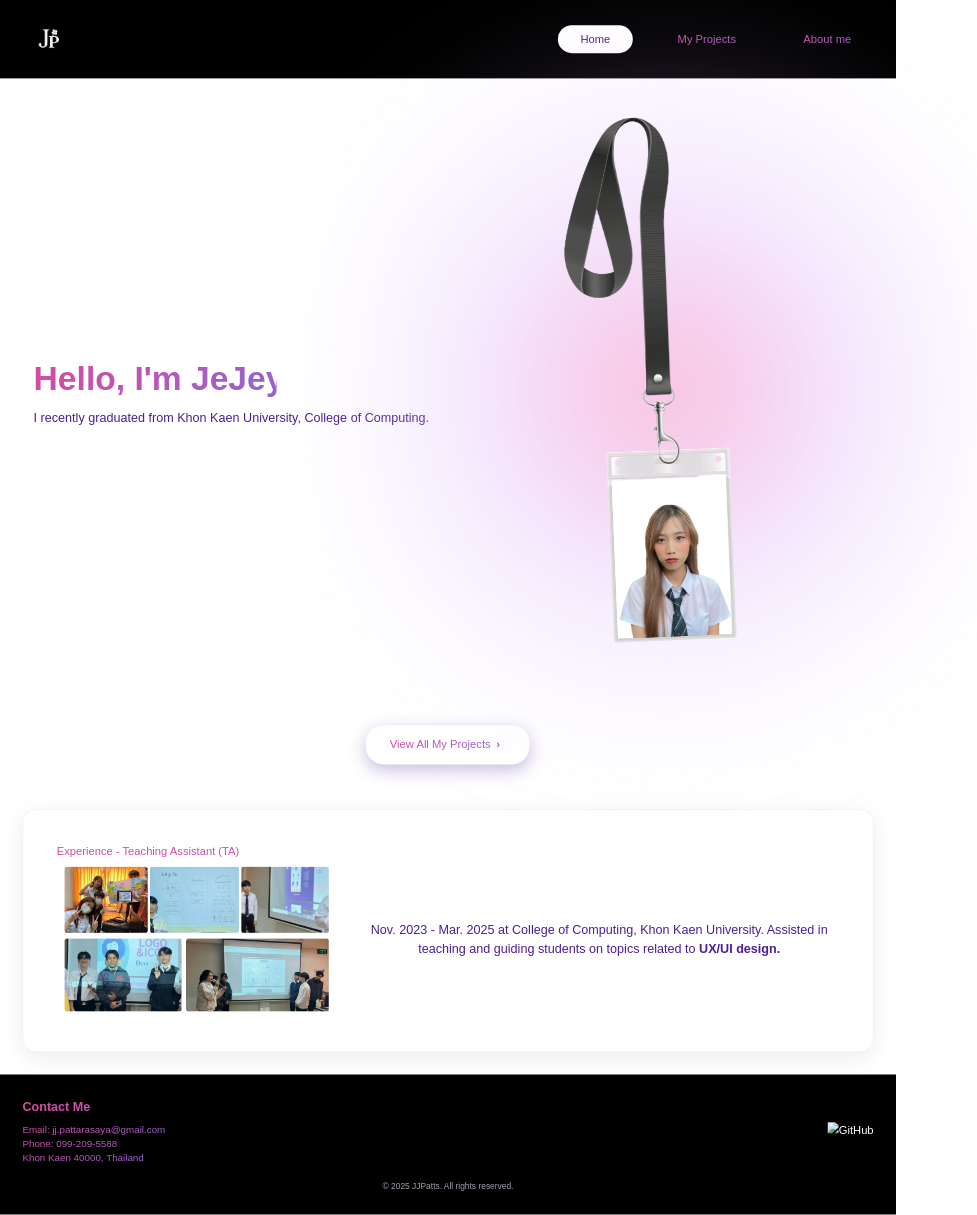
Repository: PattarasayaJJ/Portfolio-jjpatts
Page: /
The author's editor kept a copy of each file at every save. The page is drawn from the files as they stood at one save, then again after the next save.
The browser window is 1280 px wide. The page is 1396 px wide, so the pictures cover 1396 px, including what lies to the right of the window. The pictures show the whole page, at 70% of full size.
The project was rebuilt for these pictures with package versions that can differ from the ones it lists, and the page was loaded fresh each time. Also part of the build but not shown: vite.config.js, vite.config.ts, src/header.css, src/work.css, src/components/Works.jsx, src/components/Aboutme.jsx.

Above is the page before, as saved 2025-08-03 23:33:20.

### index.html
<!doctype html>
<html lang="en">
  <head>
    <meta charset="UTF-8" />
    <link rel="icon" type="image/svg+xml" href="/JPtab.png" />
    <meta name="viewport" content="width=device-width, initial-scale=1.0" />
    <title>JJPatts Portfolio</title>
  </head>
  <body>
    <div id="root"></div>
    <script type="module" src="/src/index.jsx"></script>
  </body>
</html>

### src/index.css
@import 'tailwindcss/base';
@import 'tailwindcss/components';
@import 'tailwindcss/utilities';
@import url('https://fonts.googleapis.com/css2?family=Kanit:wght@400;700&display=swap');

*{
   font-family: 'Kanit', sans-serif;

}

### src/App.jsx
import React from 'react';
import { BrowserRouter as Router, Routes, Route } from 'react-router-dom';
import { Header } from './components/Header';
import { Hero } from './components/Hero';
import { Works } from './components/Works';
import { Aboutme } from './components/Aboutme' ;
import { Footer } from './components/Footer';
export function App() {
  return (
    <Router>
      <div className="w-full min-h-screen bg-white">
        <Header />
        <main className="w-full">
          <Routes>
            <Route path="/" element={<><Hero /> </>} />
            <Route path="/works" element={<><Works /></>}/>
            <Route path="/aboutme" element={<Aboutme />} />


          </Routes>
        </main>
        <Footer />

      </div>
    </Router>
  );
}

### src/components/Header.jsx
import React, { useState } from 'react';
import { Link, useLocation } from 'react-router-dom';
import { MenuIcon, XIcon } from 'lucide-react';
import '../header.css';

export function Header() {
  const [isMenuOpen, setIsMenuOpen] = useState(false);
  const location = useLocation();

  const isActive = (path) => location.pathname === path;

  return (
    <header className="w-full bg-black py-4 px-8 relative">
      <div className="max-w-7xl mx-auto flex justify-between items-center">
        <Link to="/">
          <div className="flex items-center">
            <img src="/JP.png" alt="logo" className="w-20" />
          </div>
        </Link>

        <nav className="hidden md:flex space-x-8">
          <Link
            to="/"
            className={`font-medium px-8 py-2 rounded-full ${
              isActive('/') ? 'bg-white text-purple-600' : 'gradient-text'
            }`}
            style={isActive('/') ? { color: '#4c1d95' } : {}}
          >
            Home
          </Link>
          <Link
            to="/works"
            className={`font-medium px-8 py-2 rounded-full ${
              isActive('/works') ? 'bg-white text-purple-600' : 'gradient-text'
            }`}
            style={isActive('/works') ? { color: '#4c1d95' } : {}}
          >
            My Projects
          </Link>
          <Link
            to="/aboutme"
            className={`font-medium px-8 py-2 rounded-full ${
              isActive('/aboutme') ? 'bg-white text-purple-600' : 'gradient-text'
            }`}
            style={isActive('/aboutme') ? { color: '#4c1d95' } : {}}
          >
            About me
          </Link>
        </nav>

        <button className="md:hidden text-white" onClick={() => setIsMenuOpen(!isMenuOpen)}>
          {isMenuOpen ? <XIcon size={24} /> : <MenuIcon size={24} />}
        </button>
      </div>

      <div
        className={`
          fixed top-0 right-0 w-64 h-full bg-black z-50 transform transition-transform duration-300 ease-in-out
          ${isMenuOpen ? 'translate-x-0' : 'translate-x-full'}
          md:hidden
        `}
      >
        <div className="p-6">
          <button className="text-white mb-8" onClick={() => setIsMenuOpen(false)}>
            <XIcon size={24} />
          </button>
          <nav className="flex flex-col space-y-6">
            <Link
              to="/"
              className={`font-medium px-6 py-2 rounded-full block text-center ${
                isActive('/') ? 'bg-white text-purple-600' : 'gradient-text'
              }`}
              style={isActive('/') ? { color: '#4c1d95' } : {}}
              onClick={() => setIsMenuOpen(false)}
            >
              Home
            </Link>
            <Link
              to="/works"
              className={`font-medium px-6 py-2 rounded-full block text-center ${
                isActive('/works') ? 'bg-white text-purple-600' : 'gradient-text'
              }`}
              style={isActive('/works') ? { color: '#4c1d95' } : {}}
              onClick={() => setIsMenuOpen(false)}
            >
              My Projects
            </Link>
            <Link
              to="/aboutme"
              className={`font-medium px-6 py-2 rounded-full block text-center ${
                isActive('/aboutme') ? 'bg-white text-purple-600' : 'gradient-text'
              }`}
              style={isActive('/aboutme') ? { color: '#4c1d95' } : {}}
              onClick={() => setIsMenuOpen(false)}
            >
              About me
            </Link>
          </nav>
        </div>
      </div>

      {isMenuOpen && (
        <div
          className="fixed inset-0 bg-black bg-opacity-50 z-40 md:hidden"
          onClick={() => setIsMenuOpen(false)}
        />
      )}
    </header>
  );
}

### src/components/Hero.jsx
import React from 'react';
import '../hero.css';
import { Link } from 'react-router-dom';

export const Hero = () => {
  return (
    <>
      <section className="hero-section">
        <div className="hero-container">
          <div className="hero-left">
            <div className="hero-text-box">
              <span className="hero-name typing gradient-text">Hello, I'm JeJey.</span>
              <p className="hero-quote">
                I recently graduated from Khon Kaen University, College of Computing.
              </p>
            </div>


          </div>

          <div className="hero-left">
            <div className="hero-image-wrapper">
              <img
                src="/card1.png"
                alt="Portfolio character illustration"
                className="hero-main-image"
              />
            </div>
          </div>
        </div>

         <Link
              to="/works"
              className="moreproject"
              onClick={() => window.scrollTo({ top: 0, behavior: 'instant' })}
            >
              <span className="gradient-text">View All My Projects</span>
              <span className="arrow-icon gradient-text">›</span>
            </Link>
      </section>

      <section className="hero-section">
        <div className="final-project-card-ex">
          <h2 className="final-project-title gradient-text">
            Experience - Teaching Assistant (TA)
          </h2>
          <div className="final-project-content">
            <div className="final">
              <img
                src="/ta.png"
                alt="TA Presentation"
                className="bottom-image"
              />
            </div>
            <p className="bottom-caption">
              Nov. 2023 - Mar. 2025 at College of Computing, Khon Kaen University.
              Assisted in teaching and guiding students on topics related to{' '}
              <span className="uxui">UX/UI design.</span>
            </p>
          </div>
        </div>
      </section>
    </>
  );
};

### src/components/Footer.jsx
import React from 'react';

export function Footer() {
  return (
    <footer className="w-full bg-black text-white py-8 px-8">
  <div className="max-w-7xl mx-auto flex flex-col md:flex-row justify-between items-center space-y-6 md:space-y-0">

        <div className="text-center md:text-left gradient-text ">
          <h2 className="text-lg font-semibold">Contact Me</h2>
          <p className="text-sm mt-2">Email: jj.pattarasaya@gmail.com</p>
          <p className="text-sm">Phone: 099-209-5588</p>
          <p className="text-sm">Khon Kaen 40000, Thailand</p>

        </div>

        <div className="flex space-x-4 ">
        <a href="https://github.com/PattarasayaJJ" target="_blank" rel="noopener noreferrer">
        <img src="https://github.githubassets.com/favicons/favicon.png" alt="GitHub" />

  </a>

        </div>
      </div>

      <div className="text-center text-xs text-gray-400 mt-6 ">
        © {new Date().getFullYear()} JJPatts. All rights reserved.
      </div>
    </footer>
  );
}

### src/hero.css
.hero-section {
  max-width: 80rem;
    margin: 0 auto;
    padding: 2rem;
}

.hero-container {
  max-width: 80rem;
  margin: 0 auto;
  display: flex;
  flex-direction: column;
  gap: 2rem;
  justify-content: space-between;
  align-items: center;
}

.hero-image-wrapper {
  position: relative;
  z-index: 10;
  overflow: visible;
}

.moreproject {
  width: fit-content;
  height: 3.5rem;
  border-radius: 25px;
  display: flex;
  align-items: center;
  justify-content: center;
  font-size: 1rem;
  cursor: pointer;
  transition: all 0.3s ease;
  text-decoration: none;
  margin: 4rem auto 0;
  box-shadow: 0 8px 25px rgba(76, 29, 149, 0.3);
  padding: 0 2rem;
  border: 2px solid transparent;
  position: relative;
  overflow: hidden;
  animation: pulseMove 2s ease-in-out infinite;
}

@keyframes pulseMove {
  0%, 100% {
    transform: scale(1);
  }
  50% {
    transform: scale(1.05);
  }
}


.moreproject:hover {
  background-color: black;
  transform: scale(1.08);
}

.arrow-icon {
  padding: 0.5rem;
  font-weight: bold;
}

@keyframes gradientShift {
  0% {
    background: radial-gradient(
      circle at center,
      rgba(244, 114, 182, 0.5),
      rgba(216, 180, 255, 0.3),
      transparent 70%
    );
  }
  50% {
    background: radial-gradient(
      circle at center,
      rgba(129, 140, 248, 0.5),
      rgba(216, 180, 255, 0.4),
      transparent 70%
    );
  }
  100% {
    background: radial-gradient(
      circle at center,
      rgba(244, 114, 182, 0.5),
      rgba(216, 180, 255, 0.3),
      transparent 70%
    );
  }
}


.hero-image-wrapper::before {
  content: "";
  position: absolute;
  top: 50%;
  left: 50%;
  width: 150%;
  height: 150%;
  transform: translate(-50%, -50%);
  filter: blur(80px);
  z-index: 5;
  pointer-events: none;
  animation: gradientShift 5s ease-in-out infinite;
}



.hero-left {
  position: relative;
  width: 100%;
}

@media (min-width: 768px) {

  .hero-container {
    flex-direction: row;
  }
  .hero-left {
    width: 50%;
  }
  .final-project-card-ex {
   background: #ffffff;
  border-radius: 20px;
  padding: 3rem;
  box-shadow: 0 8px 32px rgba(0, 0, 0, 0.08);
  border: 1px solid #f0f0f0;
  display: flex;
  flex-direction: column;

}
  .hero-right {
    width: 50%;
    text-align: right;
  }
}





.hero-text-box {
  color: #4c1d95;
  max-width: 36rem;
  margin-left: auto;
}



.hero-quote {
  font-size: 1.125rem;
  margin-bottom: 1rem;

}

.hero-name {
  font-weight: 700;
  margin-top: 1rem;


}




@keyframes swingImage {
  0% {
    transform: rotate(0deg);
  }
  25% {
    transform: rotate(-3deg);
  }
  50% {
    transform: rotate(0deg);
  }
  75% {
    transform: rotate(3deg);
  }
  100% {
    transform: rotate(0deg);
  }
}

.hero-main-image {
  width: 100%;
  max-width: 28rem;
  margin: 0 auto;
  position: relative;
  z-index: 20;
  animation: swingImage 5s ease-in-out infinite;
  transform-origin:center;
}

.final-project-content {
  display: flex;
  align-items: center;
  gap: 2rem;
}

.final {
  flex-shrink: 0;
}

.bottom-caption {
  flex: 1;
  text-align: left;
}

/* Mobile responsive */



@media (max-width: 767px) {
  .hero-image-wrapper::before {
    width: 100%;
    height: 100%;
    filter: blur(60px);
  }
  .hero-main-image {
    width: 90%;
    max-width: 20rem;
  }

  .hero-text-box {
    max-width: 100%;
    margin-left: 0;
    padding: 0 1rem;
  }
  .hero-quote {
    font-size: 1rem;

  }

  .bottom-caption {
    font-size: 1rem;
    color: #4c1d95;
    align-self: center;
    text-align: center;

  }
   .final-project-content {
    flex-direction: column;
    gap: 1.5rem;
  }

  .bottom-caption {
    text-align: center;
  }
  .uxui{
    font-size: 1rem;
    color: #4c1d95;
    text-align: center;
    line-height: 1.5;
    font-weight: bold;

  }
  .final-project-card-ex {
  background: #ffffff;
  border-radius: 20px;
  padding: 3rem;
  box-shadow: 0 8px 32px rgba(0, 0, 0, 0.08);
  border: 1px solid #f0f0f0;
  display: flex;
  flex-direction: column;
  }
  .interest{
    list-style: none;
    color: #4c1d95;

  }
  li{
    font-size: 1rem;
    color: #4d1d95a2;
    line-height: 1.8rem;

  }

}







  @media (min-width: 768px) {
    .experience-title {
      text-align: left;
      font-size: 1.5rem;
    }
  }



  @media (min-width: 768px) {
    .bottom-image {
      width:400px;
      max-width: 700px;
      border-radius: 1rem;
    }


    .bottom-caption {
      font-size: 1.125rem;
      color: #4c1d95;
      align-self: center;
      text-align: center;

    }
    .uxui{
      font-size: 1.125rem;
      color: #4c1d95;
      text-align: center;
      line-height: 1.5;
      font-weight: bold;

    }
  }



  .hero-name{
    font-size: 3rem;
  }

  .typing {
    display: inline-block;
    overflow: hidden;
    white-space: nowrap;
    animation: typing 2s steps(13) forwards;
  }

  @keyframes typing {
    from { width: 0 }
    to { width: 13ch }
  }

### src/aboutme.css
.about-container {
  max-width: 1200px;
  margin: 0 auto;
  padding: 2rem 1rem;
  background-color: #ffffff;
}

.breadcrumb {
  margin-bottom: 1rem;
  font-size: 1rem;
  color: #4B5563;
  display: flex;
  align-items: center;
}

.breadcrumb-link {
  color: #4B5563;
  text-decoration: none;
}

.breadcrumb-link:hover {
  text-decoration: underline;
}


.breadcrumb-separator {
  margin: 0 0.5rem;
}

.breadcrumb-current {
  font-weight: bold;
  color: #4c1d95;
}

.about-content {
  display: grid;
  grid-template-columns: 1fr 2fr;
  gap: 3rem;
  align-items: start;
}

.profile-section {
  display: flex;
  flex-direction: column;
  gap: 2rem;
}

.profile-card {
  background: #ffffff;
  border-radius: 20px;
  padding: 1rem;
  box-shadow: 0 8px 32px rgba(0, 0, 0, 0.08);
  border: 1px solid #f0f0f0;
  text-align: center;
}

.avatar-container {
  display: flex;
  flex-direction: column;
  align-items: center;
}

.avatar-wrapper {
  width: 200px;
  height: 200px;
  transition: transform 0.3s ease;
}

.avatar-wrapper:hover {
  transform: scale(1.05);
}

.avatar-img {
  width: 100%;
  height: 100%;
  object-fit: contain;
}

.profile-name {
  font-size: 1.5rem;
  color: #4c1d95;
  margin: 0;
}

.profile-title {
  font-size: 1rem;
  color: #6b46c1;
  margin: 0;
}

.email {
  font-size: 1rem;
  color: #6b7280;
  margin-bottom: 10px;
}

.social-icons {
  display: flex;
  justify-content: center;
  gap: 1rem;
}

.social-link {
  display: flex;
  align-items: center;
  justify-content: center;
  width: 40px;
  height: 40px;
  box-shadow: 0 8px 32px rgba(0, 0, 0, 0.08);
  border-radius: 50%;
  transition: all 0.3s ease;
}

.social-link:hover {
  transform: translateY(-2px);
  box-shadow: 0 4px 12px rgba(107, 70, 193, 0.3);
}

.social-icons img {
  width: 20px;
  height: 20px;
}

.education-card {
  background: #ffffff;
  border-radius: 20px;
  padding: 2rem;
  box-shadow: 0 8px 32px rgba(0, 0, 0, 0.08);
  border: 1px solid #f0f0f0;
}

.education-content {
  margin-top: 1rem;
}

.degree {
  font-size: 1rem;
  color: #4c1d95;
  margin: 0 0 0.5rem 0;
}

.university {
  font-size: 1rem;
  color: #4c1d95;
  margin: 0 0 0.25rem 0;
}

.graduation {
  font-size: 0.9rem;
  color: #6b7280;
  margin: 0;
}

.skills-section {
  display: flex;
  flex-direction: column;
}

.skills-grid {
  display: grid;
  grid-template-columns: 1fr;
  gap: 2rem;
}

.skill-category {
  background: #ffffff;
  border-radius: 20px;
  padding: 2rem;
  box-shadow: 0 8px 32px rgba(0, 0, 0, 0.08);
  border: 1px solid #f0f0f0;
  border-left: 5px solid #ffdff3;
}

.section-title,
.category-title {
  font-size: 1rem;
  margin: 0 0 1.5rem 0;
  display: flex;
  align-items: center;
}

.gradient-text {
  background: linear-gradient(135deg, #DD489B, #9067D3);
  -webkit-background-clip: text;
  -webkit-text-fill-color: transparent;
  background-clip: text;
}

.skills-list {
  display: flex;
  flex-wrap: wrap;
  gap: 0.75rem;
}

.skill-tag {
  background: linear-gradient(135deg, #e5d4ff, #f3e8ff);
  color: #6b46c1;
  padding: 0.5rem 1rem;
  border-radius: 20px;
  font-size: 0.8rem;
  border: 1px solid #e5d4ff;
  transition: all 0.3s ease;
  cursor: default;
}

.skill-tag:hover {
  background: linear-gradient(135deg, #ddd6fe, #e5d4ff);
  transform: translateY(-2px);
  box-shadow: 0 4px 12px rgba(107, 70, 193, 0.2);
}

@media (max-width: 1024px) {
  .about-content {
    grid-template-columns: 1fr;
    gap: 2rem;
  }

  .skills-grid {
    grid-template-columns: repeat(2, 1fr);
  }
}

@media (max-width: 768px) {
  .about-container {
    padding: 1.5rem 1rem;
  }

  .about-content {
    gap: 1.5rem;
  }

  .skills-grid {
    grid-template-columns: 1fr;
    gap: 1.5rem;
  }

  .profile-card,
  .education-card,
  .skill-category {
    padding: 1.5rem;
  }

  .avatar-wrapper {
    width: 150px;
    height: 150px;
  }

  .profile-name {
    font-size: 1.25rem;
  }

  .profile-title {
    font-size: 0.9rem;
  }

  .section-title,
  .category-title {
    font-size: 1.1rem;
  }

  .skill-tag {
    font-size: 0.8rem;
    padding: 0.4rem 0.8rem;
  }
}

@media (max-width: 480px) {

  .profile-card,
  .education-card,
  .skill-category {
    padding: 1.25rem;
  }

  .avatar-wrapper {
    width: 120px;
    height: 120px;
  }

  .profile-name {
    font-size: 1rem;
  }

  .skills-list {
    gap: 0.5rem;
  }

  .skill-tag {
    font-size: 0.75rem;
    padding: 0.35rem 0.7rem;
  }
}

Loaded but not shown: src/index.jsx (common file); tailwind.config.js (common file)

After the next save:
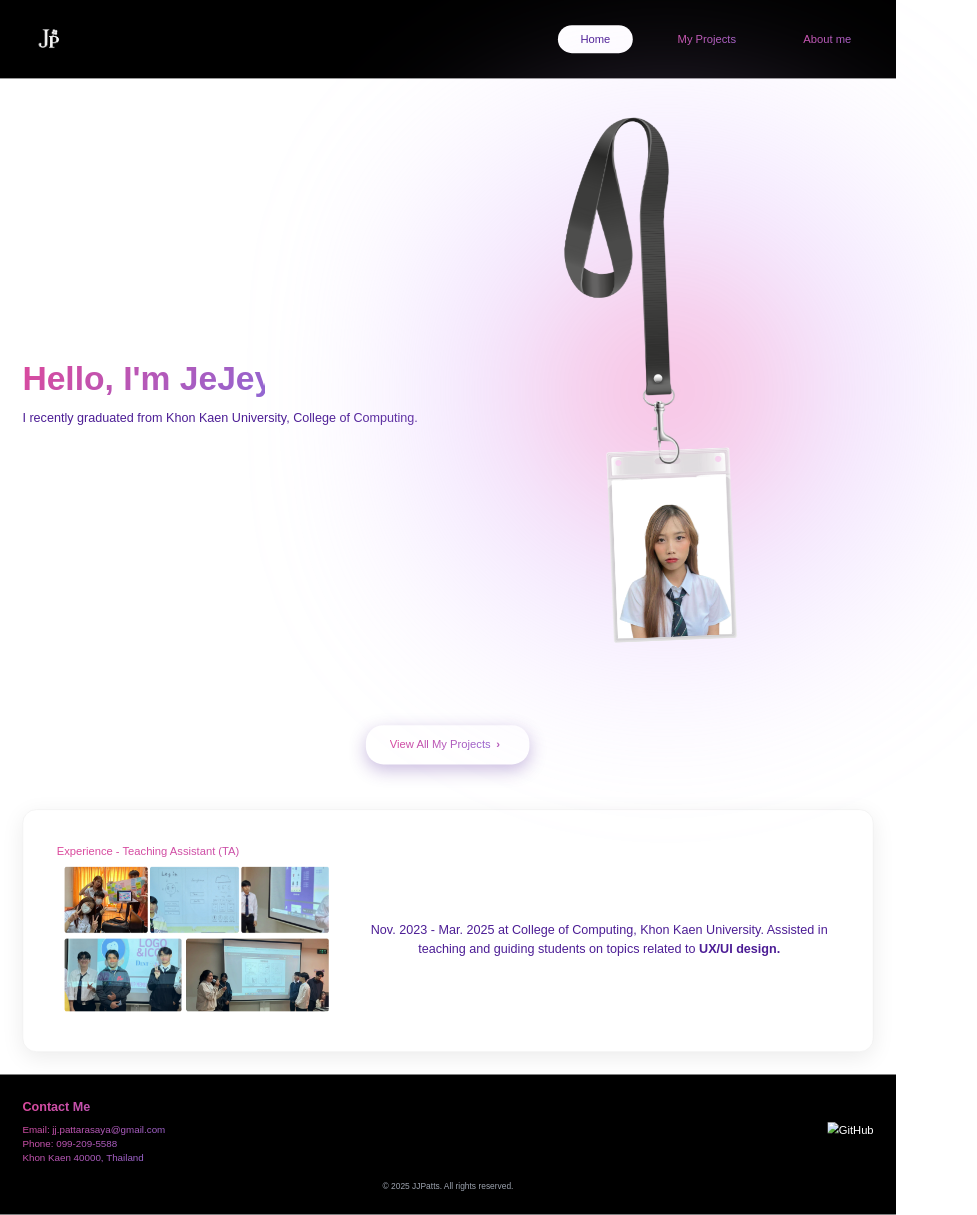
Saved 17 s later.
--- a/src/hero.css
+++ b/src/hero.css
@@ -139,7 +139,6 @@
 
 .hero-text-box {
   color: #4c1d95;
-  max-width: 36rem;
   margin-left: auto;
 }
 

After the 3 saves that followed:
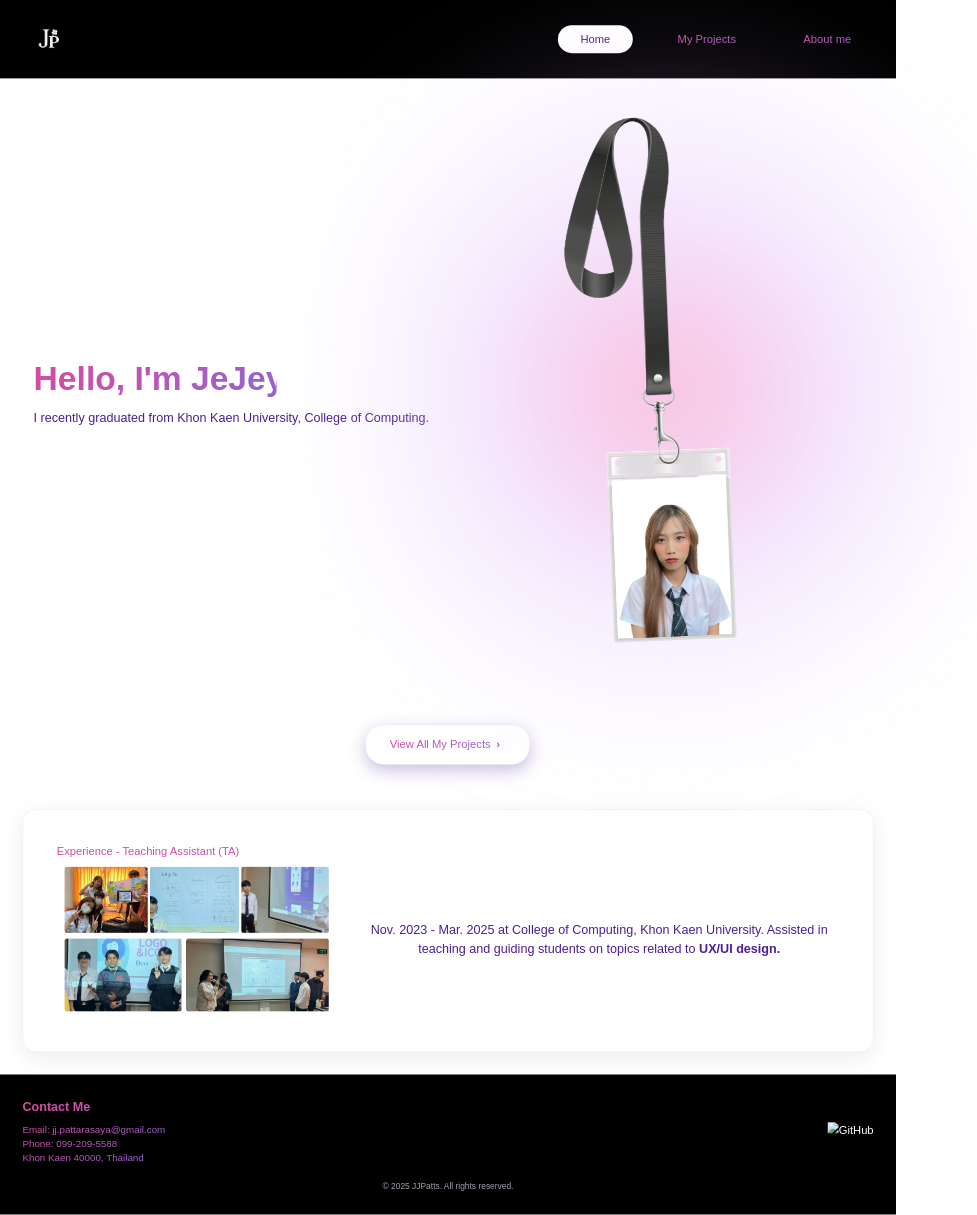
The 3 saves are shown as one change because 1 left the picture as it was and some came seconds apart.
The last was saved 30 s later.
--- a/src/hero.css
+++ b/src/hero.css
@@ -139,6 +139,7 @@
 
 .hero-text-box {
   color: #4c1d95;
+  max-width: 36rem;
   margin-left: auto;
 }
 
